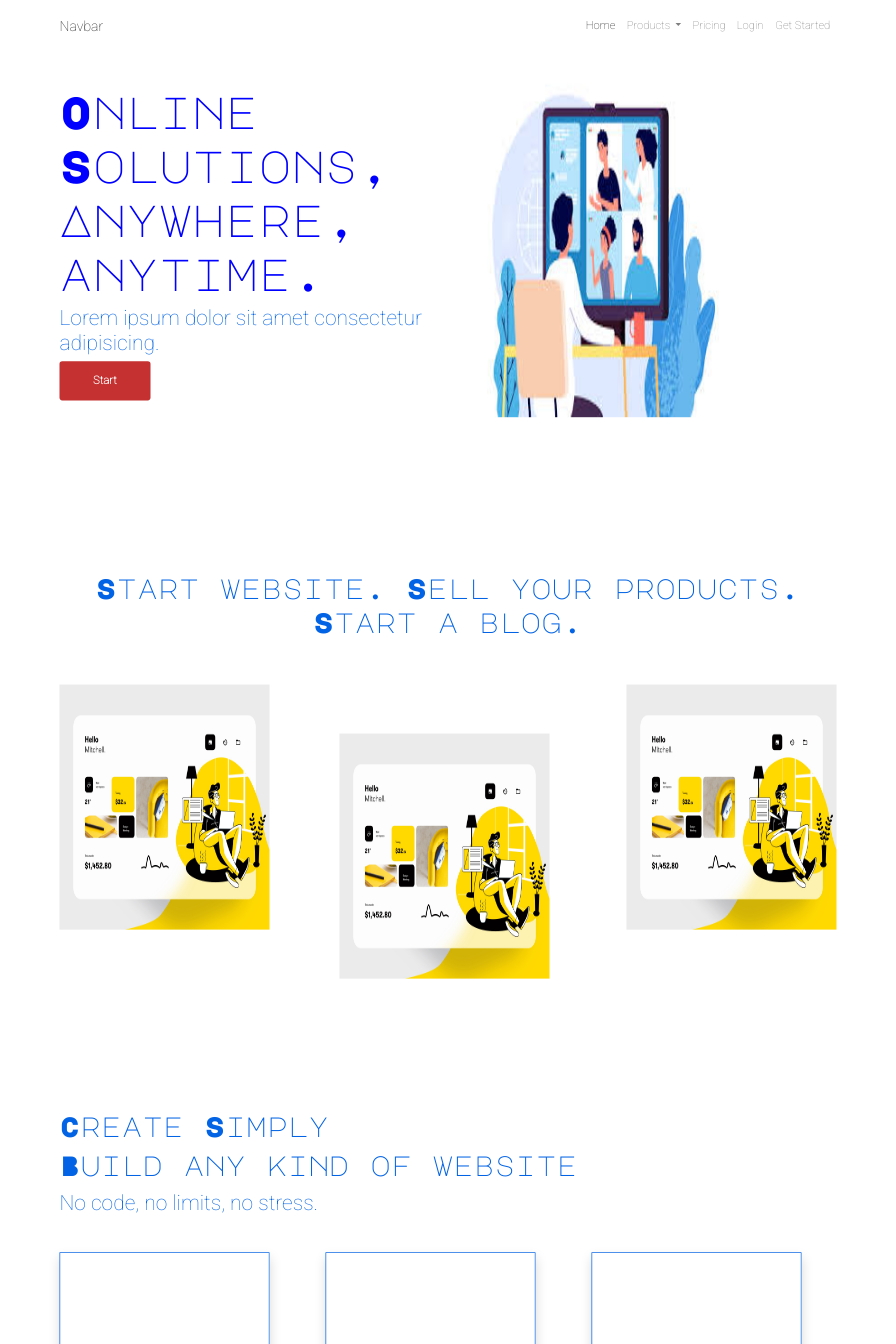
Repository: latenightsnacc/Static-Web-Projects
Page: Dunno Yet/index.html
These files come from the project's save history. The page is drawn as it stood at one moment and after the next save; the edit follows.
The browser window is 1280 px wide. The pictures show the part of the page from y = 0 to 1920 px (the page is 5082 px tall), at 70% of full size.
The style sheet was rebuilt from its Sass, Less or Tailwind sources for each picture, by a compiler version that may differ from the author's.

Above is the page before, as saved 2020-11-11 20:04:18.

After the next save:
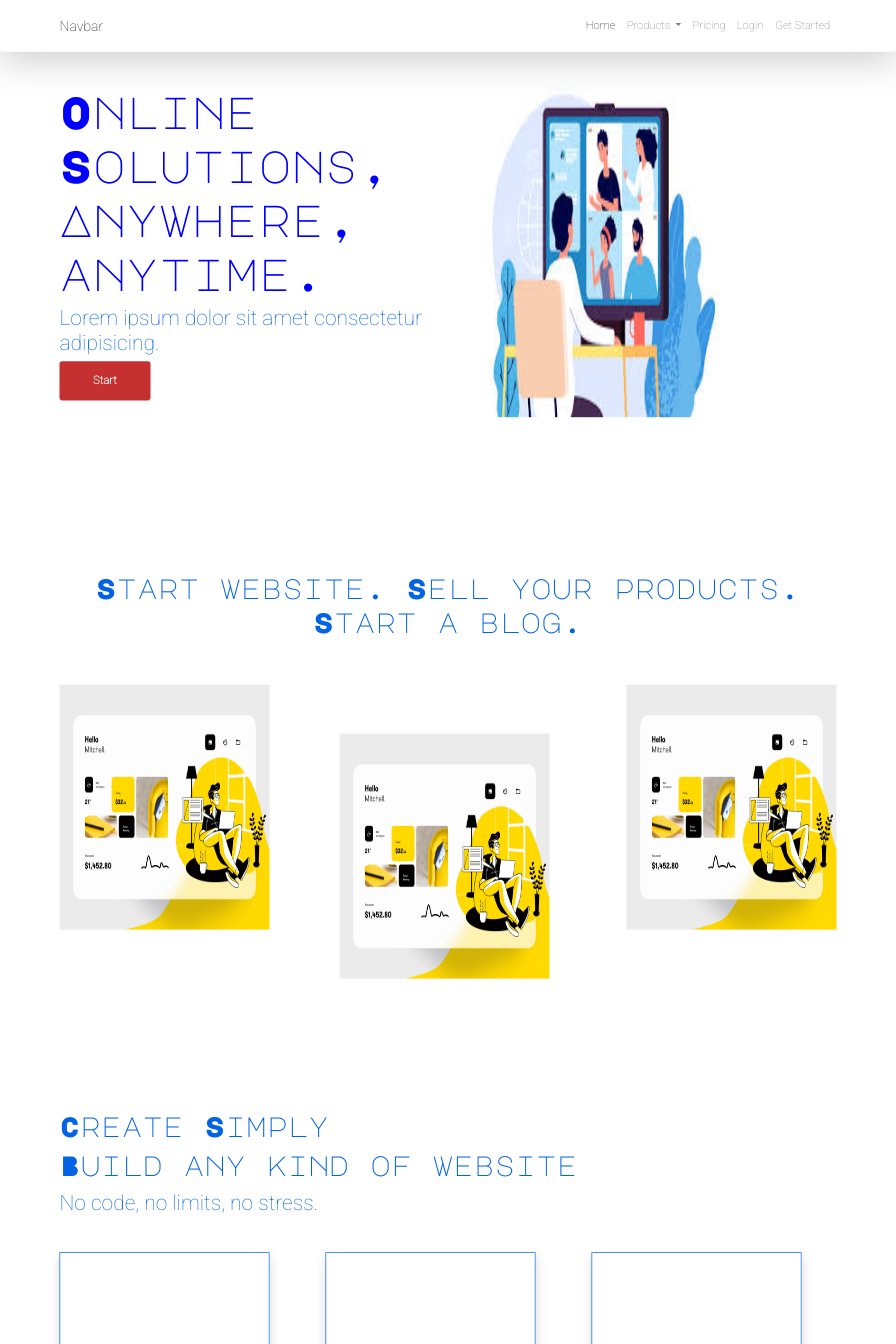
Saved 72 s later.
--- a/Dunno Yet/js/main.js
+++ b/Dunno Yet/js/main.js
@@ -17,11 +17,13 @@
     // }
 
     if( scroll > position ){
-        $('.navbar').removeClass('bg-transparent')
-        $('.navbar').addClass('shadow bg-white');
+        $('.navbar').removeClass('bg-transparent');
+        $('.navbar').addClass('shadow-lg bg-white');
         // $('.logo-web').attr('src', "assets/Logo/ceeiconblack.png").height('25px').width('auto').addClass('fade-in');
     } else {
         $('.navbar').removeClass('shadow bg-white');
+        $('.navbar').addClass('bg-transparent')
+
 
     }
     // position = scroll;

After the save that followed:
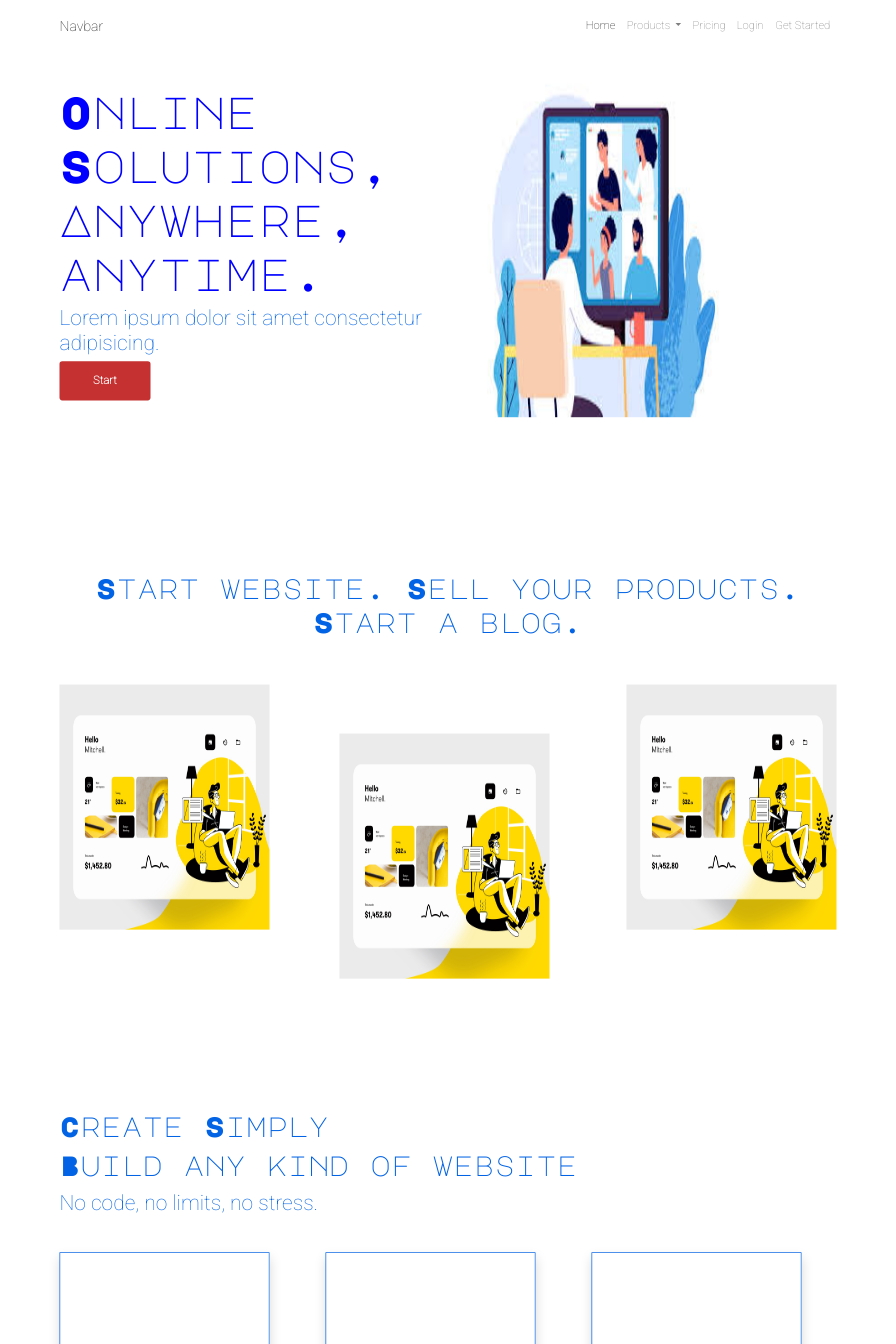
Saved 42 s later.
--- a/Dunno Yet/js/main.js
+++ b/Dunno Yet/js/main.js
@@ -21,8 +21,8 @@
         $('.navbar').addClass('shadow-lg bg-white');
         // $('.logo-web').attr('src', "assets/Logo/ceeiconblack.png").height('25px').width('auto').addClass('fade-in');
     } else {
-        $('.navbar').removeClass('shadow bg-white');
-        $('.navbar').addClass('bg-transparent')
+        $('.navbar').removeClass('shadow-lg bg-white');
+        $('.navbar').addClass('bg-transparent');
 
 
     }
